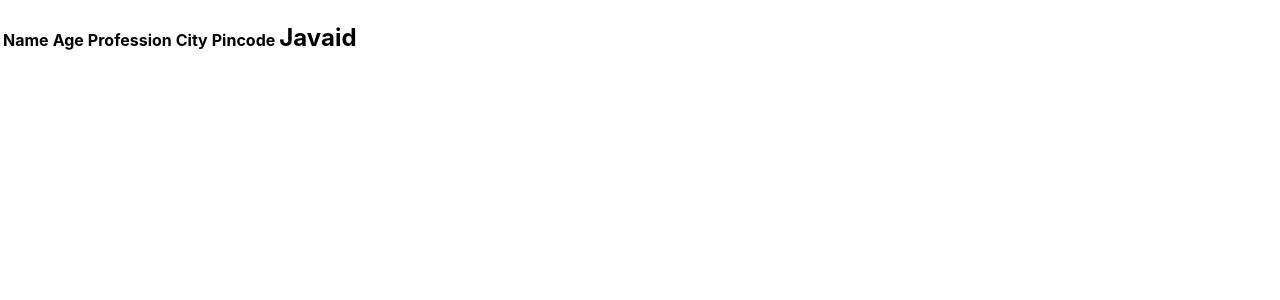
Repository: JavaidAhmadKhan/framer-motion-reacr
Page: /
The author's editor kept a copy of each file at every save. The page is drawn from the files as they stood at one save, then again after a run of saves.
The browser window is 1280 px wide. The pictures show the whole page.
The project was rebuilt for these pictures with package versions that can differ from the ones it lists, and the page was loaded fresh each time.

Above is the page before, as saved 2022-05-19 17:37:59.

### src/App.js
import { Component } from "react";

import "./App.css";
class App extends Component {
  constructor() {
    console.log("constructor");
    super();
    console.log("super");
    this.state = {
      name: "Javaid",
      age: 30,
      profession: "Software Engineer",
      address: {
        city: "Srinagar",
        pincode: "190001",
      },
    };
  }

  render() {
    console.log("render");
    return (
      <div className="App">
        <table>
          <th>Name</th>
          <th>Age</th>
          <th>Profession</th>
          <th>City</th>
          <th>Pincode</th>
          <td>
            <h2>{this.state.name}</h2>
          </td>
          {/* <h2>{this.state.profession}</h2>
          <h2>{this.state.address.city}</h2>
          <h2>{this.state.address.pincode}</h2> */}
        </table>
      </div>
    );
  }
}

export default App;

Loaded but not shown: public/index.html (common file); src/index.js (common file); src/index.css (common file); src/reportWebVitals.js (common file); src/App.css (common file)

After the next 2 saves:
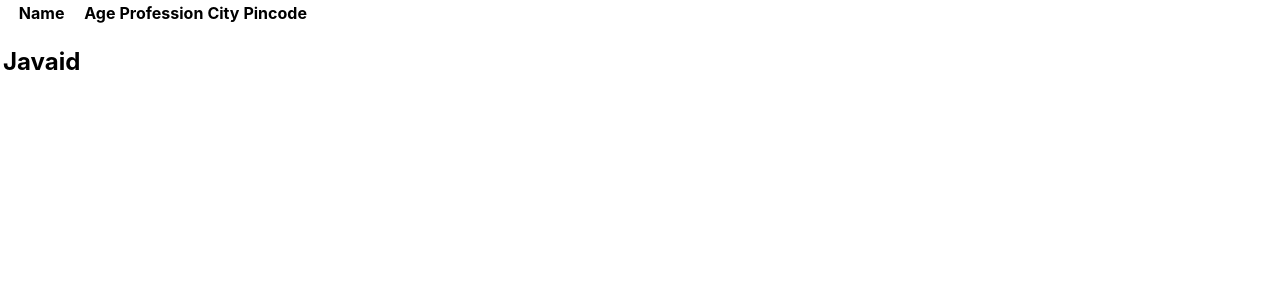
The 2 saves are shown as one change because they came seconds apart.
The last was saved 109 s later.
--- a/src/App.js
+++ b/src/App.js
@@ -22,11 +22,13 @@ class App extends Component {
     return (
       <div className="App">
         <table>
-          <th>Name</th>
-          <th>Age</th>
-          <th>Profession</th>
-          <th>City</th>
-          <th>Pincode</th>
+          <tr>
+            <th>Name</th>
+            <th>Age</th>
+            <th>Profession</th>
+            <th>City</th>
+            <th>Pincode</th>
+          </tr>
           <td>
             <h2>{this.state.name}</h2>
           </td>
